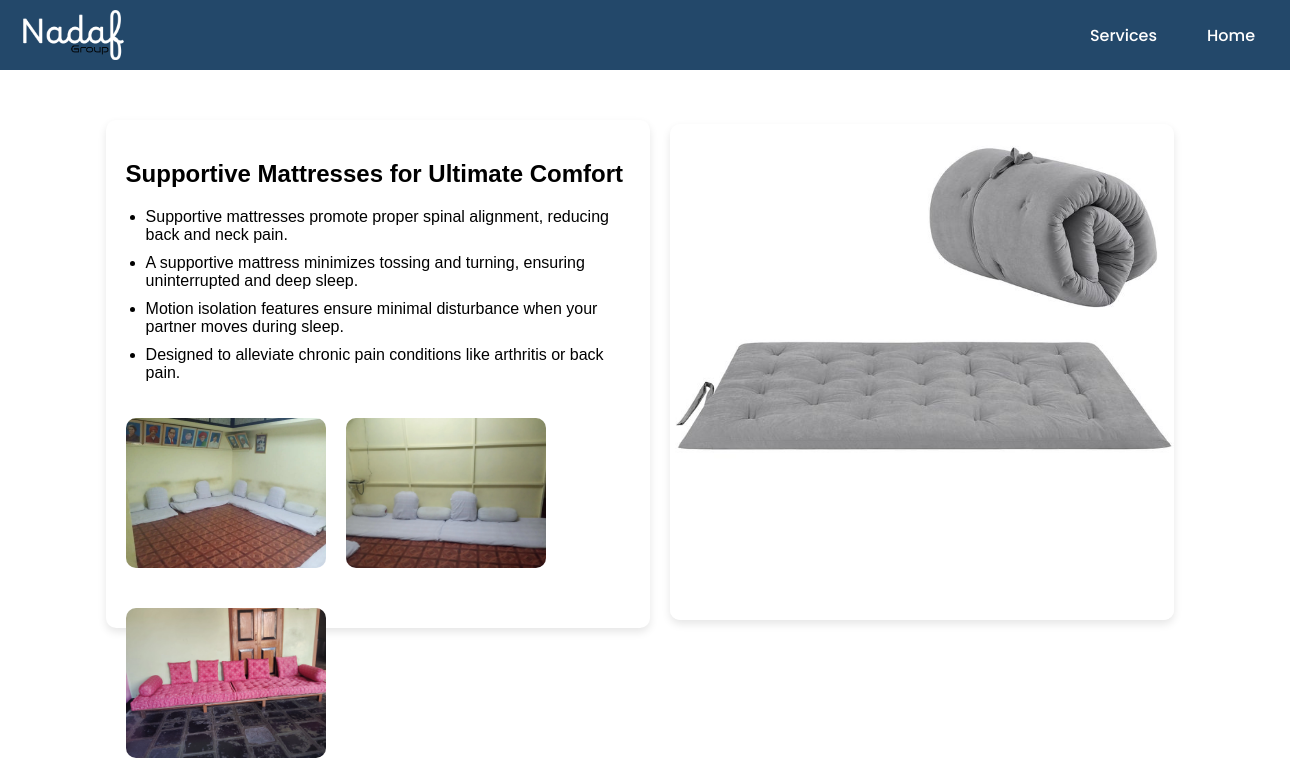
Repository: nadafgroup/rashidgadiUI
Page: src/rent.html
An editor plug-in stored every save of this project. The page is shown before and after the next save, followed by the edit.
The browser window is 1280 px wide. The page is 1290 px wide, so the pictures cover 1290 px, including what lies to the right of the window. The pictures show the whole page.

Above is the page before, as saved 2025-01-29 16:10:08.
Console error: TypeError: Cannot read properties of null (reading 'addEventListener')

### src/rent.html
<!DOCTYPE html>
<html lang="en">
<head>
    <meta charset="UTF-8">
    <meta name="viewport" content="width=device-width, initial-scale=1.0">
    <title>Mattresses</title>
   <link rel="stylesheet" href="./products.css">
</head>
<body>
    <header>
        <div class="logo">
            <img src="../assets/img/logo2.png" class="logo" alt="">
        </div>

        <div class="nav-right">
            <ul>


                <li class="dropdown">
                    <a href="#" class="dropbtn">Services</a>
                    <div class="dropdown-content">
                        <a href="./bed.html">Bed Mattresses</a>
                        <a href="./pillow.html">Pillow Mattresses</a>
                        <a href="./sofa.html">Sofa Mattresses</a>
                        <a href="./repair.html">Mattresses Repair </a>
                        <a href="./rent.html">Mattresses Rent</a>
                        <a href="./furniture.html">Furniture</a>
                    </div>
                </li>
                <li><a href="./home.html">Home</a></li>
            </ul>
        </div>

    </header>

    <div class="container" style="padding-bottom: 15px;">
        <div class="info" style="height: 65vh; width: 40vw;" >
            <h2>Supportive Mattresses for Ultimate Comfort</h2>
            <ul>
                <li>Supportive mattresses promote proper spinal alignment, reducing back and neck pain.</li>
                <li>A supportive mattress minimizes tossing and turning, ensuring uninterrupted and deep sleep.</li>
                <li>Motion isolation features ensure minimal disturbance when your partner moves during sleep.</li>
                <li>Designed to alleviate chronic pain conditions like arthritis or back pain.</li>
            </ul>

            <div class="rent-gallery">
                <img src="../assets/img/real img/r2.webp" class="rent-img" alt="Gallery Image 1">
                <img src="../assets/img/real img/r3.webp"  class="rent-img" alt="Gallery Image 2">
                <img src="../assets/img/real img/r8.webp"  class="rent-img" alt="Gallery Image 3">
            </div>


        </div>

        <div class="image-container">
            <img src="../assets/img/rent.jpg" alt="Mattress" style="height: 69vh;">
        </div>
    </div>



     <!-- Modal for displaying images in full screen -->
<div id="imageModal" class="modal">
<span class="close" id="closeModal">&times;</span>
<img class="modal-content" id="modalImage" alt="Full-size image">
</div>

    <script src="./products.js"></script>
</body>

</html>

### src/products.css
@font-face {
    font-family: 'poppins';
    src: url('../assets/fonts/Poppins/Poppins-Medium.ttf') format('truetype');
}

@font-face {
    font-family: 'inter';
    src: url('../assets/fonts/Inter/Inter-VariableFont_opsz\,wght.ttf') format('truetype');
}

@font-face {
    font-family: 'Exo';
    src: url('../assets/fonts/Exo2-VariableFont_wght.ttf') format('truetype');
}

body {
    margin: 0;
    padding: 0;
    overflow-x: hidden; /* Prevent horizontal scrolling */
    font-family: Arial, sans-serif;
    display: flex;
    flex-direction: column;
    align-items: center;
    /* background: linear-gradient(to bottom, #f9f9f9, #e0e0e0); */
    height: 100vh;
}

header {
    width: 100%;
    padding: 10px;
    display: flex;
    justify-content: space-between;
    align-items: center;
    background-color: #23486A;
    color: white;
    font-size: 1rem;
}

.nav-right ul {
    display: flex;
    list-style: none;
    margin: 0;
    padding: 0;
}

.nav-right ul li {
    margin: 0 15px;
}

.nav-right ul li a {
    text-decoration: none;
    color: white;
    padding: 10px;
    transition: 0.3s;
    font-family: 'poppins';
}

.nav-right ul li a:hover {
    background-color: #5c6bc0;
    border-radius: 5px;
}

.nav-right ul li.dropdown {
    position: relative;
}

.nav-right ul li.dropdown:hover .dropdown-content {
    display: block;
}

.nav-right ul li .dropdown-content {
    display: none;
    position: absolute;
    background-color: #3f51b5;
    min-width: 160px;
    z-index: 1;
    border-radius: 5px;
}

.nav-right ul li .dropdown-content a {
    padding: 10px;
    color: white;
    text-decoration: none;
    display: block;
}

.nav-right ul li .dropdown-content a:hover {
    background-color: #5c6bc0;
}

.logo {
    width: auto;
    height: 50px;
    margin-left: 10px;
    margin-bottom: 0px;
}

.container {
    display: flex;
    flex-direction: row;
    justify-content: center;
    align-items: center;
    padding: 50px;
    gap: 20px;
}

.info {
    flex: 1;
    padding: 20px;
    background: white;
    border-radius: 10px;
    box-shadow: 0 4px 8px rgba(0, 0, 0, 0.1);
    animation: slideInLeft 1s;
}

.info ul {
    list-style: disc;
    padding-left: 20px;
}

.info ul li {
    margin: 10px 0;
}

.image-container {
    flex: 1;
    animation: slideInRight 1s;
}

.image-container img {
    width: 100%;
    border-radius: 10px;
    box-shadow: 0 4px 8px rgba(0, 0, 0, 0.1);
}

.gallery {
    width: 90%;
    margin: 30px auto;
    display: flex;
    flex-wrap: wrap;
    gap: 10px;
    justify-content: center;
    animation: fadeIn 1.5s;
}

.gallery img {
    width: 200px;
    height: 150px;
    object-fit: cover;
    border-radius: 10px;
    margin: 20px;
    transition: transform 0.3s;
}

.gallery img:hover {
    transform: scale(1.1);
}


.rent-gallery {
    width: 90%;
    display: flex;
    flex-wrap: wrap;

    animation: fadeIn 1.5s;
}

.rent-gallery .rent-img {
    width: 200px;
    height: 150px;
    object-fit: cover;
    border-radius: 10px;
    margin: 20px;
    margin-left: 0px;
    /* margin-top: 0px; */
    transition: transform 0.3s;
}

/* Modal Styles */
.modal {
    display: none; /* Hidden by default */
    position: fixed;
    z-index: 1; /* Sit on top */
    left: 0;
    top: 0;
    width: 100%; /* Full width */
    height: 100%; /* Full height */
    overflow: auto;
    background-color: rgb(0, 0, 0); /* Black background with opacity */
    background-color: rgba(0, 0, 0, 0.8); /* Transparent black */
    padding-top: 60px;
}

.modal-content {
    margin: auto;
    display: block;
    width: 80%;
    max-width: 700px;
    border-radius: 10px;
}

.close {
    color: #fff;
    font-size: 40px;
    font-weight: bold;
    position: absolute;
    top: 15px;
    right: 35px;
    cursor: pointer;
    transition: 0.3s;
}

.close:hover,
.close:focus {
    color: #f1f1f1;
    text-decoration: none;
    cursor: pointer;
}

@keyframes fadeIn {
    from { opacity: 0; }
    to { opacity: 1; }
}

@keyframes slideInLeft {
    from { transform: translateX(-100%); }
    to { transform: translateX(0); }
}

@keyframes slideInRight {
    from { transform: translateX(100%); }
    to { transform: translateX(0); }
}

/* Media Queries for Responsiveness */
@media (max-width: 768px) {
    .container {
        flex-direction: column; /* Switch to column layout */
        padding: 20px;
    }

    .info, .image-container {
        flex: none; /* Reset flex behavior */
        width: 100%;
    }

    .gallery img {
        width: 100%; /* Make gallery images take full width on small screens */
        height: auto;
    }
}

@media (max-width: 480px) {
    header {
        flex-direction: column;
        align-items: center;
    }

    .nav-right ul {
        flex-direction: column;
        align-items: center;
    }

    .nav-right ul li {
        margin: 10px 0;
    }

    .logo {
        margin: 10px 0;
    }
}

### src/products.js
// Toggle the mobile menu when the hamburger icon is clicked
document.getElementById('hamburger').addEventListener('click', function() {
    const menu = document.getElementById('menu');
    menu.classList.toggle('active');
});

After the next save:
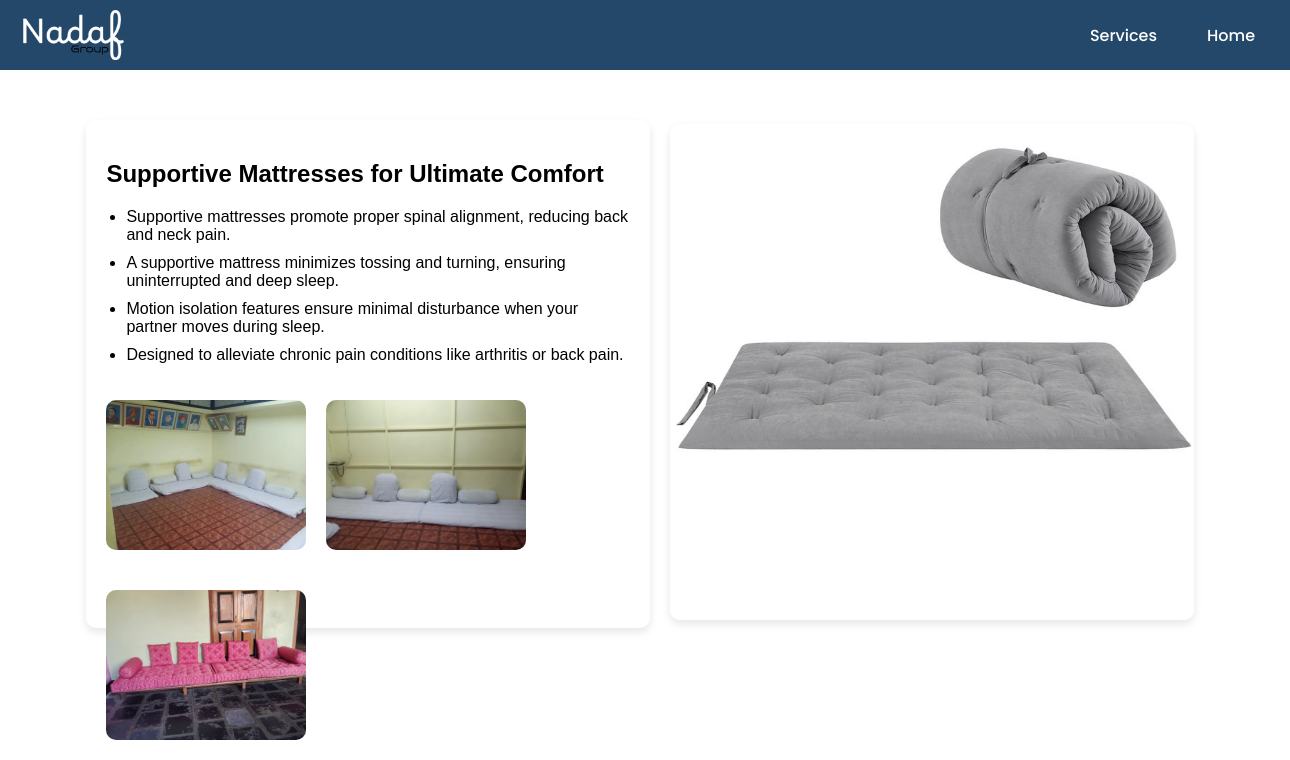
Saved 5 s later.
--- a/src/rent.html
+++ b/src/rent.html
@@ -34,7 +34,7 @@
     </header>
 
     <div class="container" style="padding-bottom: 15px;">
-        <div class="info" style="height: 65vh; width: 40vw;" >
+        <div class="info" style="height: 65vh; width: 43vw;" >
             <h2>Supportive Mattresses for Ultimate Comfort</h2>
             <ul>
                 <li>Supportive mattresses promote proper spinal alignment, reducing back and neck pain.</li>
